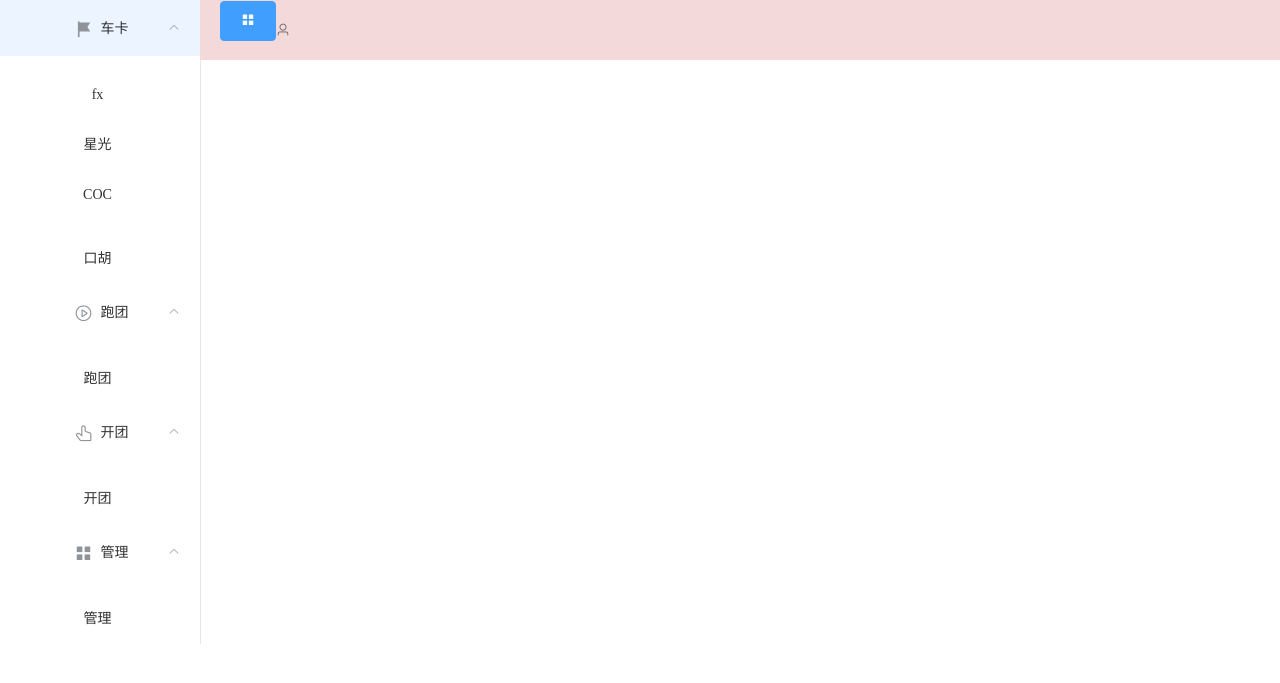
Repository: redlout/ptgkd
Page: /
An editor plug-in stored every save of this project. The page is shown before and after the next save, followed by the edit.
The browser window is 1280 px wide. The pictures show the whole page.
The project was rebuilt for these pictures with package versions that can differ from the ones it lists, and the page was loaded fresh each time. Also part of the build but not shown: src/mock/mock.js, src/views/Login.vue, src/components/SvgIcon/index.vue.

Above is the page before, as saved 2019-09-02 17:05:02.

After the next save:
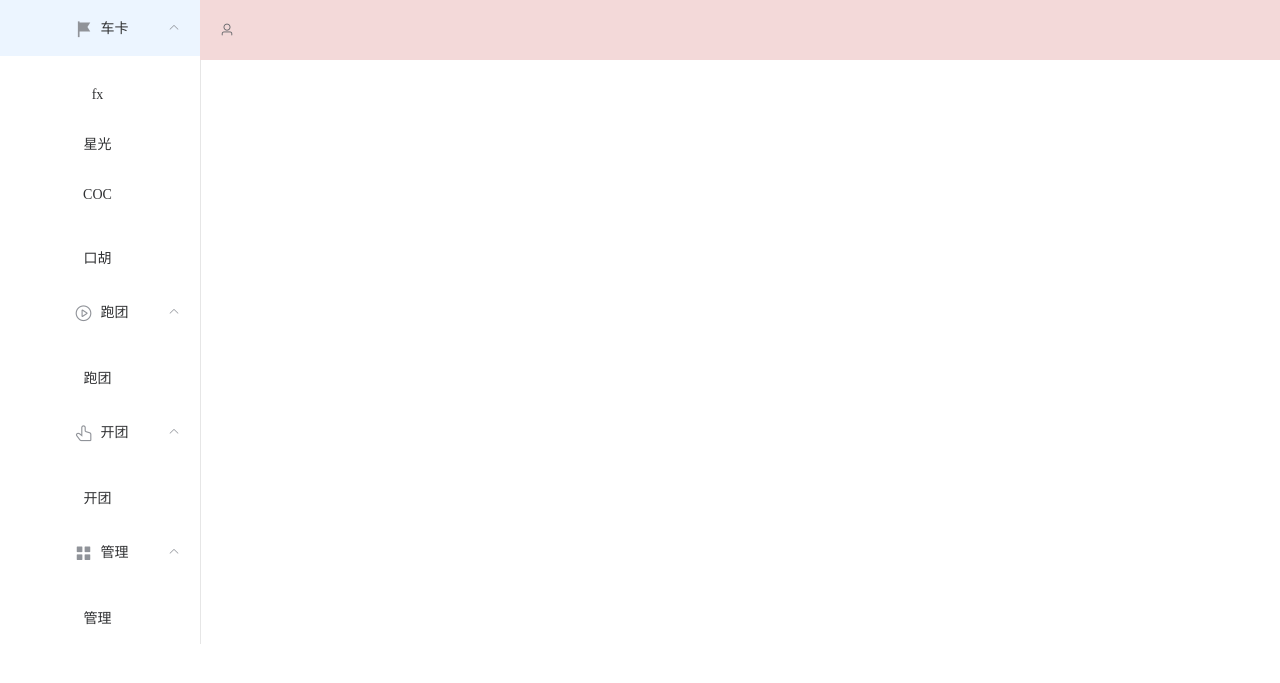
Saved 55 s later.
--- a/src/components/HeadBar/index.vue
+++ b/src/components/HeadBar/index.vue
@@ -1,10 +1,6 @@
 <template>
-  <el-header >
-    <el-radio-group v-model="isCollapse"  style="margin-bottom:20px;">
-      <el-radio-button :label="$store.state.collapse">
-        <i class="el-icon-menu"></i>
-      </el-radio-button>
-    </el-radio-group>
+  <el-header :class="$store.state.collapse?'menu-bar-collapse-width':'menu-bar-width'">
+
     <el-dropdown>
       <i class="el-icon-user" style="margin-right: 15px"></i>
       <el-dropdown-menu slot="dropdown">
